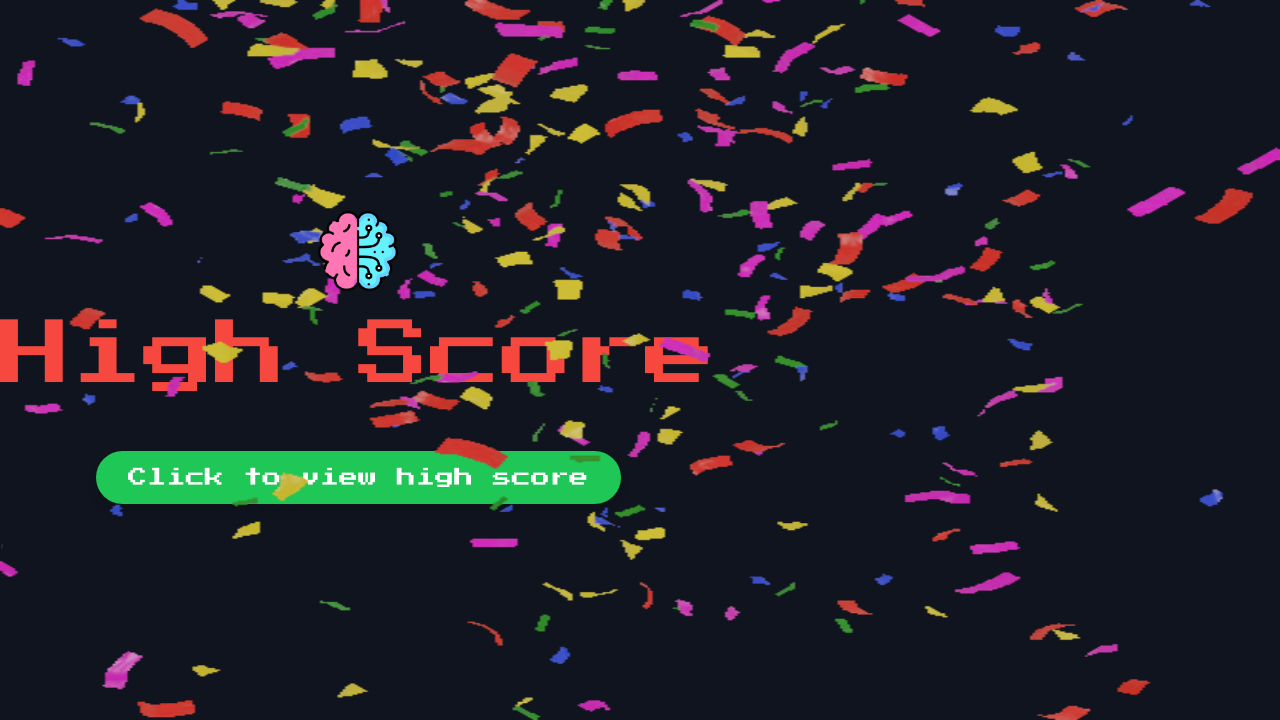
Repository: Shenixo/Color_match_game
Page: /high_score
The author's editor kept a copy of each file at every save. The page is drawn from the files as they stood at one save, then again after the next save.
The browser window is 1280 px wide. The pictures show the whole page.
The project was rebuilt for these pictures with package versions that can differ from the ones it lists, and the page was loaded fresh each time. Also part of the build but not shown: vite.config.js, src/Components/Card/Card.css, src/Components/Card/Card.jsx, src/Pages/Home/Home.jsx, src/Pages/Rules/Rules.css, src/Pages/Rules/Rules.jsx, src/Pages/Sound/Sound.jsx, src/Pages/GamePlay/GamePlay.css and 3 more. Imported but missing from the stored project, and not drawn on this page: src/assets/button_clicks.wav, src/assets/celebration.mp3, src/assets/game_theme_sound.mp4, src/assets/lose.wav, src/assets/win.wav.

Above is the page before, as saved 2025-02-04 15:22:45.

After the next save:
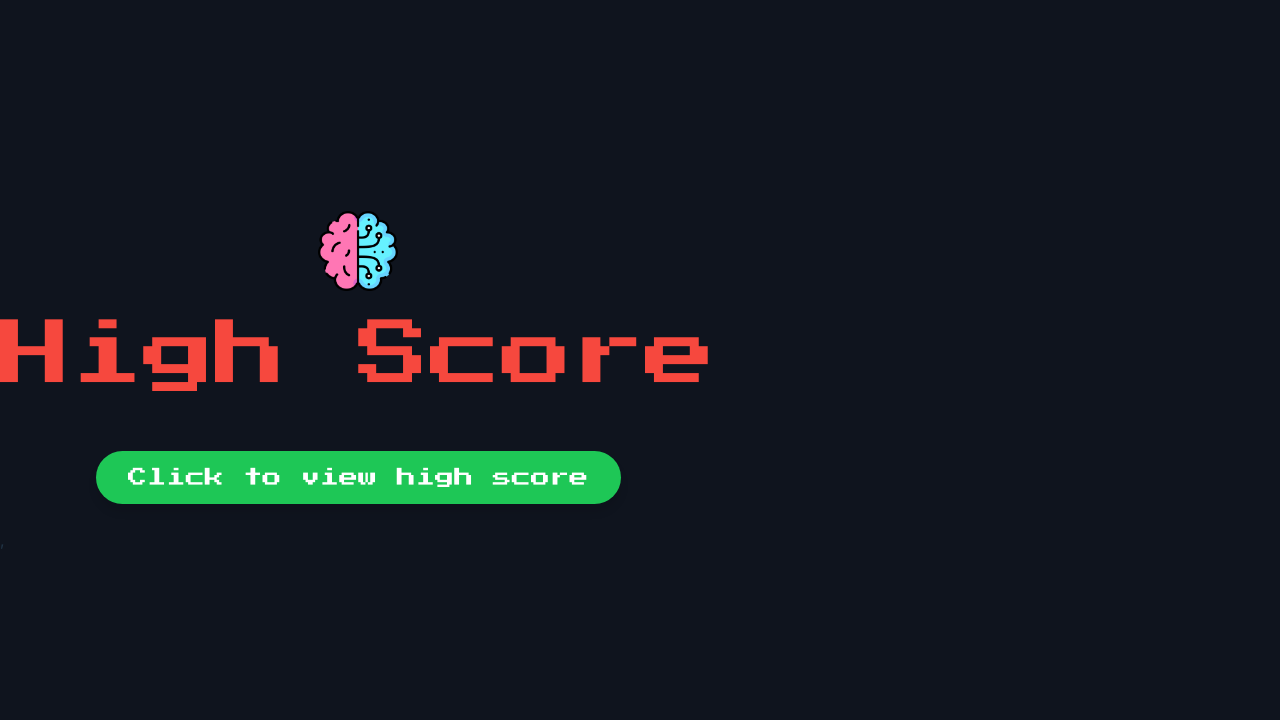
Saved 24 s later.
--- a/src/Pages/HighScore/HighScore.css
+++ b/src/Pages/HighScore/HighScore.css
@@ -12,7 +12,7 @@
     position: fixed;
     top: 0;
     bottom: 0;
-    /* z-index: -1; */
+    z-index: -1;
 
 }
 .high-score-container{
